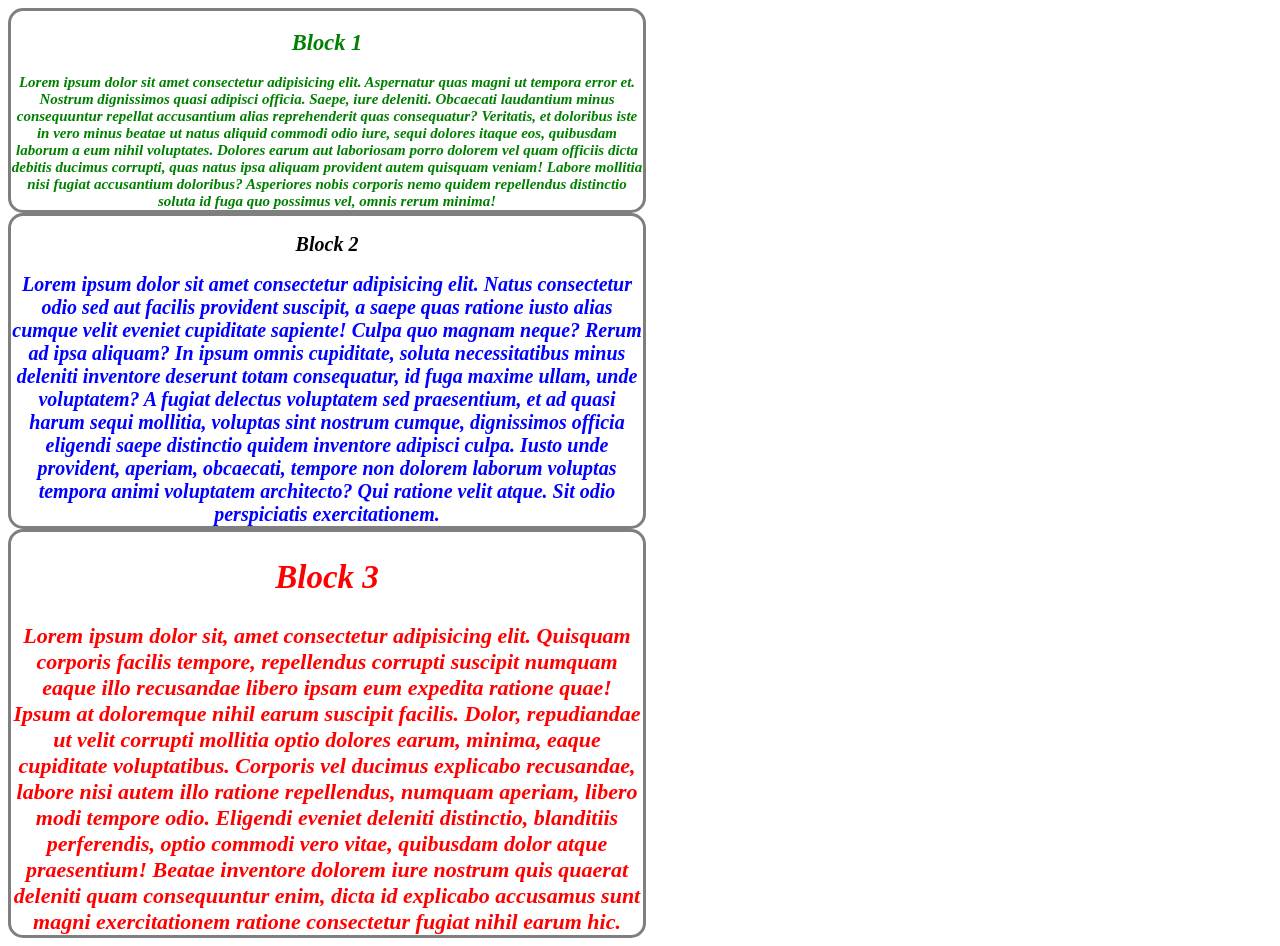
Repository: archangel88/elbrus_homework
Page: phase-0/week-3/day-3/css-fonts/index.html
These files come from the project's save history. The page is drawn as it stood at one moment and after the next save; the edit follows.
The browser window is 1280 px wide. The pictures show the whole page.

Above is the page before, as saved 2025-10-08 23:17:16.

After the next save:
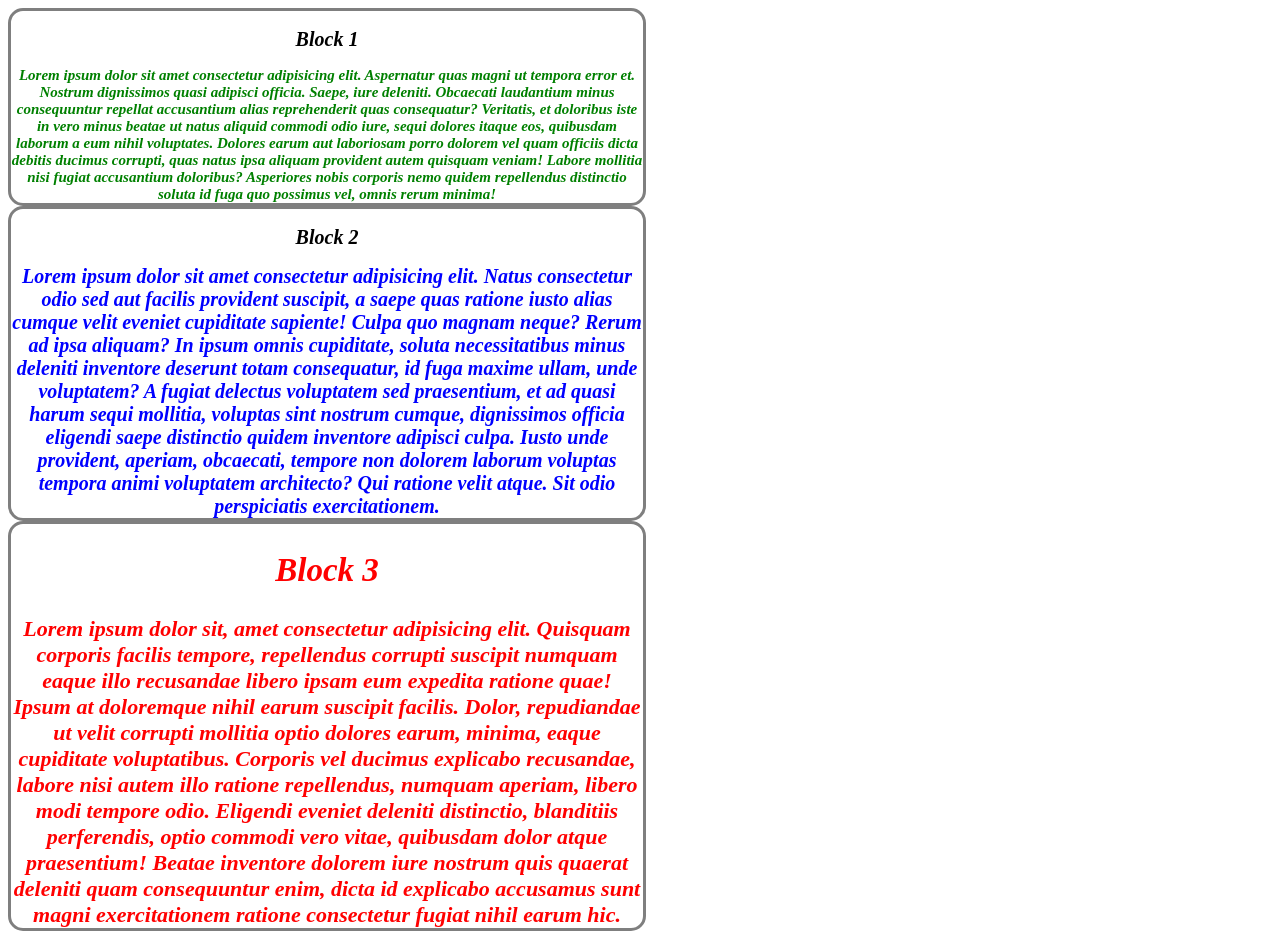
Saved 77 s later.
--- a/phase-0/week-3/day-3/css-fonts/style.css
+++ b/phase-0/week-3/day-3/css-fonts/style.css
@@ -15,7 +15,7 @@ div {
     color: green;
 }
 
-.n1 h1{
+.n1 h2{
    font-family: IBM, bottom;
     font-weight: 900;
     font-style: oblique;
